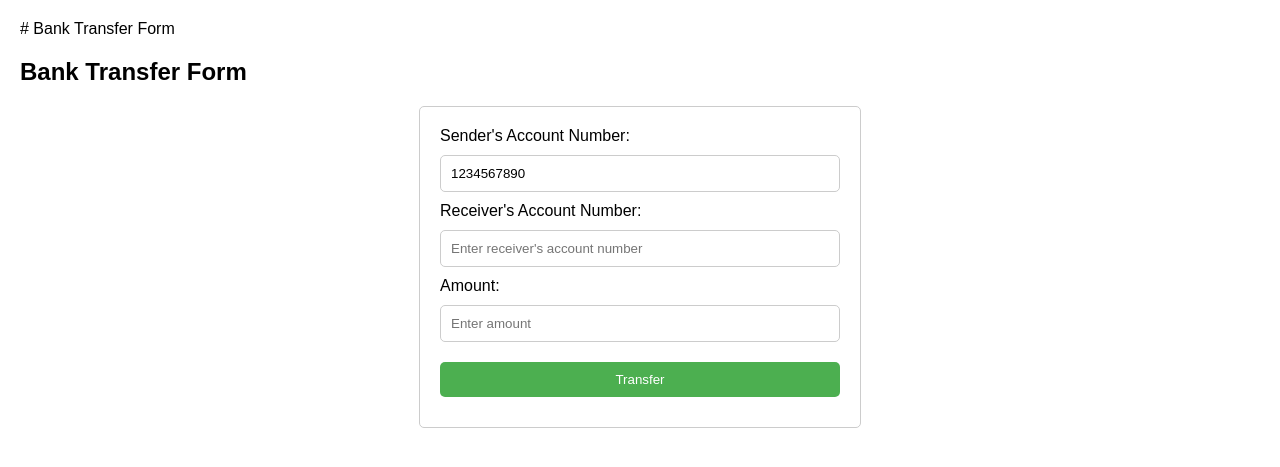
Repository: hizeetech/First-Assignment
Page: faq.html
These files come from the project's save history. The page is drawn as it stood at one moment and after a run of saves; the edit follows.
The browser window is 1280 px wide. The pictures show the whole page.

Above is the page before, as saved 2024-11-09 03:15:43.

### faq.html
<!-- faq.html -->
# Bank Transfer Form

<!DOCTYPE html>
<html lang="en">
<head>
    <meta charset="UTF-8">
    <meta name="viewport" content="width=device-width, initial-scale=1.0">
    <title>Bank Transfer Form</title>
    <style>
        body {
            font-family: Arial, sans-serif;
            margin: 20px;
        }
        form {
            max-width: 400px;
            margin: auto;
            padding: 20px;
            border: 1px solid #ccc;
            border-radius: 5px;
        }
        input[type="text"], input[type="number"], input[type="submit"] {
            width: 100%;
            padding: 10px;
            margin: 10px 0;
            border: 1px solid #ccc;
            border-radius: 5px;
        }
        input[type="submit"] {
            background-color: #4CAF50;
            color: white;
            border: none;
            cursor: pointer;
        }
        input[type="submit"]:hover {
            background-color: #45a049;
        }
    </style>
</head>
<body>

    <h2>Bank Transfer Form</h2>
    <form action="/submit-transfer" method="POST">
        <label for="sender-account">Sender's Account Number:</label>
        <input type="text" id="sender-account" name="sender-account" placeholder="1234567890" value="1234567890" readonly>

        <label for="receiver-account">Receiver's Account Number:</label>
        <input type="text" id="receiver-account" name="receiver-account" placeholder="Enter receiver's account number" required>

        <label for="amount">Amount:</label>
        <input type="number" id="amount" name="amount" placeholder="Enter amount" required>

        <input type="submit" value="Transfer">
    </form>

</body>
</html>

After the next 2 saves:
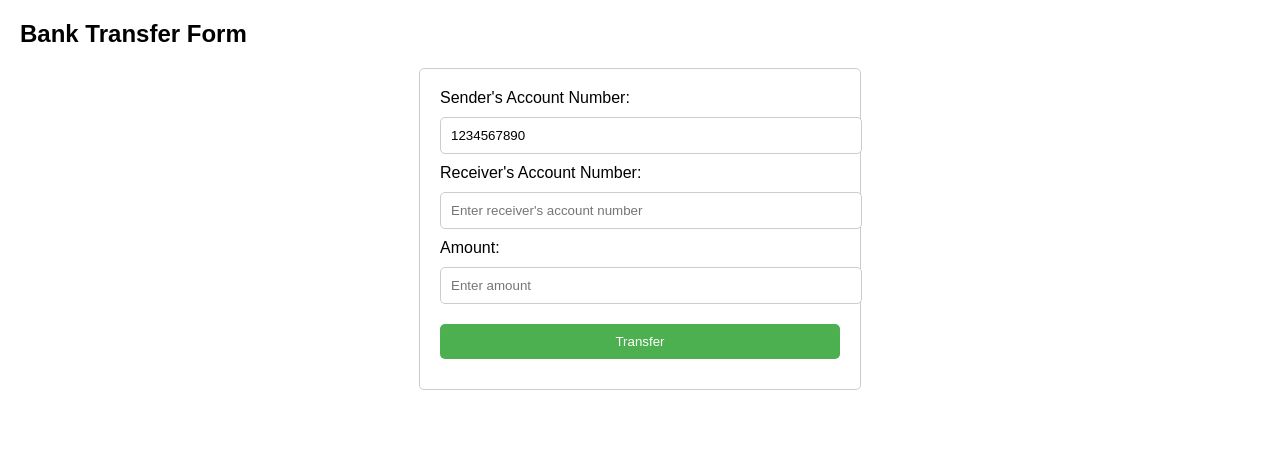
The 2 saves are shown as one change because they came seconds apart.
The last was saved 8 s later.
--- a/faq.html
+++ b/faq.html
@@ -1,6 +1,4 @@
 <!-- faq.html -->
-# Bank Transfer Form
-
 <!DOCTYPE html>
 <html lang="en">
 <head>
